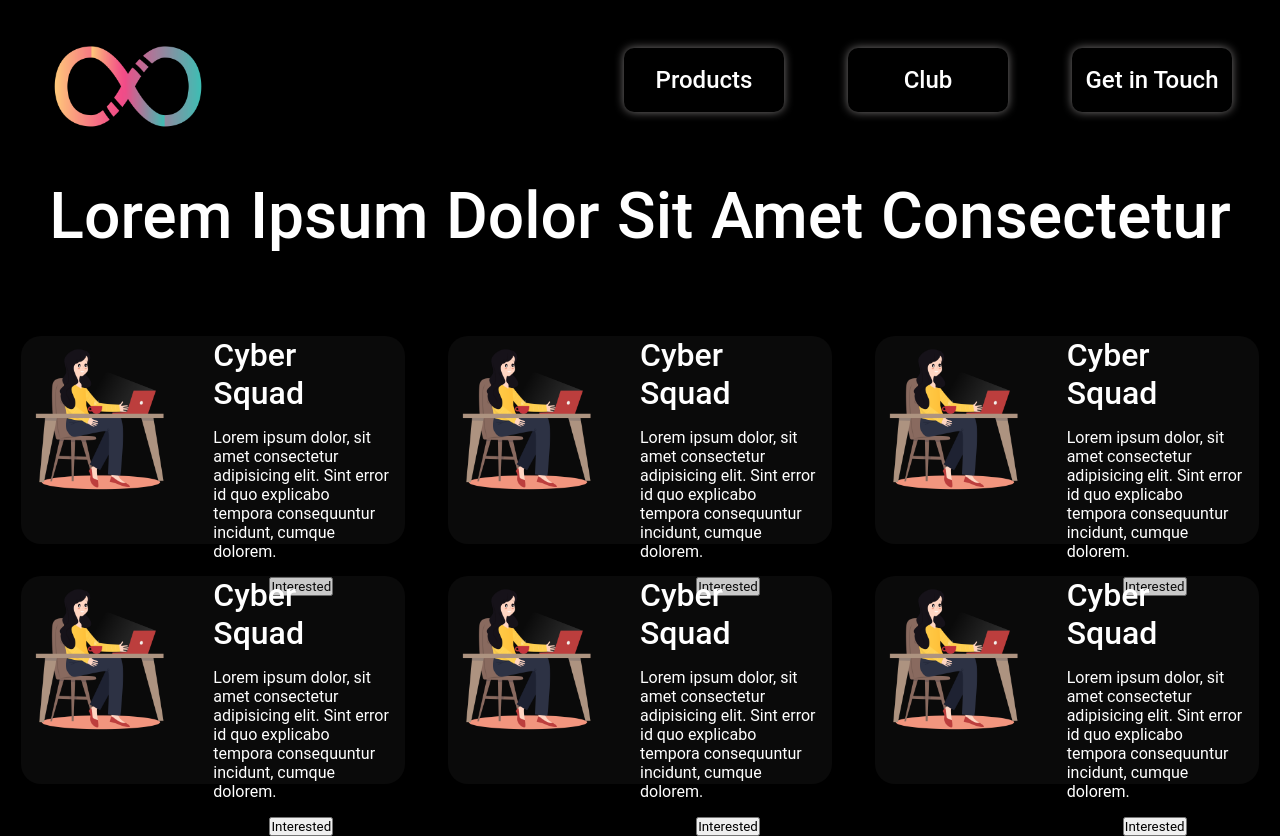
Repository: kapil4457/vizion-internship-project
Page: /
An editor plug-in stored every save of this project. The page is shown before and after a run of saves, followed by the edit.
The browser window is 1280 px wide. The pictures show the whole page.
The project was rebuilt for these pictures with package versions that can differ from the ones it lists, and the page was loaded fresh each time. Also part of the build but not shown: src/index.css.

Above is the page before, as saved 2022-10-29 10:12:48.

### public/index.html
<!DOCTYPE html>
<html lang="en">
  <head>
    <meta charset="utf-8" />
    <link rel="icon" href="%PUBLIC_URL%/favicon.ico" />
    <meta name="viewport" content="width=device-width, initial-scale=1" />
    <meta name="theme-color" content="#000000" />
    <meta
      name="description"
      content="Web site created using create-react-app"
    />
    <link rel="preconnect" href="https://fonts.googleapis.com">
    <link rel="apple-touch-icon" href="%PUBLIC_URL%/logo192.png" />
    <!--
      manifest.json provides metadata used when your web app is installed on a
      user's mobile device or desktop. See https://developers.google.com/web/fundamentals/web-app-manifest/
    -->
    <link rel="manifest" href="%PUBLIC_URL%/manifest.json" />
    <!--
      Notice the use of %PUBLIC_URL% in the tags above.
      It will be replaced with the URL of the `public` folder during the build.
      Only files inside the `public` folder can be referenced from the HTML.

      Unlike "/favicon.ico" or "favicon.ico", "%PUBLIC_URL%/favicon.ico" will
      work correctly both with client-side routing and a non-root public URL.
      Learn how to configure a non-root public URL by running `npm run build`.
    -->
    <title>React App</title>
  </head>
  <body>
    <noscript>You need to enable JavaScript to run this app.</noscript>
    <div id="root"></div>
    <!--
      This HTML file is a template.
      If you open it directly in the browser, you will see an empty page.

      You can add webfonts, meta tags, or analytics to this file.
      The build step will place the bundled scripts into the <body> tag.

      To begin the development, run `npm start` or `yarn start`.
      To create a production bundle, use `npm run build` or `yarn build`.
    -->
  </body>
</html>

### src/index.js
import React from 'react';
import ReactDOM from 'react-dom/client';
import './index.css';
import App from './App';
import reportWebVitals from './reportWebVitals';
import { BrowserRouter } from 'react-router-dom';
const root = ReactDOM.createRoot(document.getElementById('root'));
root.render(
  <BrowserRouter >
  <React.StrictMode>
    <App />
  </React.StrictMode>
  </BrowserRouter>
);

// If you want to start measuring performance in your app, pass a function
// to log results (for example: reportWebVitals(console.log))
// or send to an analytics endpoint. Learn more: https://bit.ly/CRA-vitals
reportWebVitals();

### src/App.js
import { Route, Routes } from 'react-router-dom';
import './App.css';
import Header from './components/Header/Header';
import Home from './components/Home/Home';

function App() {
  return (
   <>
<Header />
   <Routes>
<Route exact path='/' element={<Home />} />


   </Routes>



   </>
  );
}

export default App;

### src/App.css
*{
margin:0;
padding:0;
box-sizing: border-box;
font-family: 'Roboto', sans-serif;}

body{
  background-color: black;
  color : white;

}
a{
  text-decoration: none;;
  color:white;
}

.active{
  color:red;
}

### src/components/Header/Header.jsx
import React from "react";
import { NavLink } from "react-router-dom";
import Logo from "./logo.png";
import "./Header.css";
const Header = () => {
  return (
    <div className="main-header">
      <NavLink to="/" className="left-header">
        <img src={Logo} alt="" />
      </NavLink>
      <div className="right-header">
        <NavLink to="/products">Products</NavLink>
        <NavLink to="/club">Club</NavLink>
        <NavLink to="/contact">Get in Touch</NavLink>
      </div>
    </div>
  );
};

export default Header;

### src/components/Home/Home.jsx
import React from "react";
import { data } from "../../item";
import "./Home.css";
import HomeCard from "./HomeCard";
const Home = () => {
  return (
    <div className="main-home">
      <h2 className="heading">Lorem ipsum dolor sit amet consectetur</h2>

      <div className="home-card-container">
        {data.map((item, key) => (
          <HomeCard item={item} key={key} />
        ))}
      </div>
    </div>
  );
};

export default Home;

### src/components/Header/Header.css
.main-header{
    height:10rem;
    /* border:1px solid white */
    display:flex;
    justify-content: space-between;
    align-items: center;
    padding:0rem 3rem
}

.main-header > .left-header >img{
    height:10rem;

}

.main-header > .right-header
{
    display:flex;
    gap:4rem;
    font-size:1.5rem;
    font-weight:550
}

.main-header > .right-header>a{
    height:4rem;
    width:10rem;
    display:flex;
    justify-content: center;
   align-items: center;
   border-radius:10px;
   box-shadow: 0px 0px 10px rgba(243, 238, 238,0.5);
   transition: all 0.2s;
}
.main-header > .right-header>a:hover{

    box-shadow: 0px 0px 20px rgba(243, 238, 238,0.5);
    transform: scale(1.01);
   }

### src/item.js
export const data = [
    {
        title : "Cyber Squad",
        description : "Lorem ipsum dolor, sit amet consectetur adipisicing elit. Sint error id quo explicabo tempora consequuntur incidunt, cumque dolorem.        "
    },
    {
        title : "Cyber Squad",
        description : "Lorem ipsum dolor, sit amet consectetur adipisicing elit. Sint error id quo explicabo tempora consequuntur incidunt, cumque dolorem.        "
    },
    {
        title : "Cyber Squad",
        description : "Lorem ipsum dolor, sit amet consectetur adipisicing elit. Sint error id quo explicabo tempora consequuntur incidunt, cumque dolorem.        "
    },
    {
        title : "Cyber Squad",
        description : "Lorem ipsum dolor, sit amet consectetur adipisicing elit. Sint error id quo explicabo tempora consequuntur incidunt, cumque dolorem.        "
    },
    {
        title : "Cyber Squad",
        description : "Lorem ipsum dolor, sit amet consectetur adipisicing elit. Sint error id quo explicabo tempora consequuntur incidunt, cumque dolorem.        "
    },
    {
        title : "Cyber Squad",
        description : "Lorem ipsum dolor, sit amet consectetur adipisicing elit. Sint error id quo explicabo tempora consequuntur incidunt, cumque dolorem.        "
    }
]

### src/components/Home/Home.css
.main-home{
    color:white;
    width:100%;
    display: flex;
    flex-direction: column;
    gap:4rem

}

.main-home > h2{
    width:100%;
    height:7rem;
    display: flex;
    justify-content: center;
    align-items:center;
    font-size:4rem;
    word-spacing: 0.1rem;
    font-weight:450;
    text-transform: capitalize;

}


.main-home > .home-card-container{
    display:grid;
    grid-template-columns: 1fr 1fr 1fr;
    row-gap: 2rem;
    place-items: center;


}

### src/components/Home/HomeCard.jsx
import React from "react";
import "./HomeCard.css";
import Image from "./cardImage.png";
const HomeCard = ({ item }) => {
  return (
    <div className="home-card">
      <img src={Image} alt="" />
      <div className="card-info">
        <h2>{item.title}</h2>
        <p>{item.description}</p>
        <button>Interested</button>
      </div>
    </div>
  );
};

export default HomeCard;

### src/components/Home/HomeCard.css
.home-card{
    width:90%;
    height:13rem;
    display:flex;
    gap:1rem;
    /* align-items: center; */
    background-color: rgba(51, 50, 50, 0.2);
    border-radius: 20px;
}
.home-card>img{
    height:10rem;

}
.home-card > .card-info{
    display:flex;
    flex-direction: column;
    gap:1rem;
    padding:0 1rem;
    align-items: center;

}
.home-card > .card-info > h2{
    font-size: 2rem;
    font-weight: 450;
}

Loaded but not shown: src/reportWebVitals.js (common file)

After the next 2 saves:
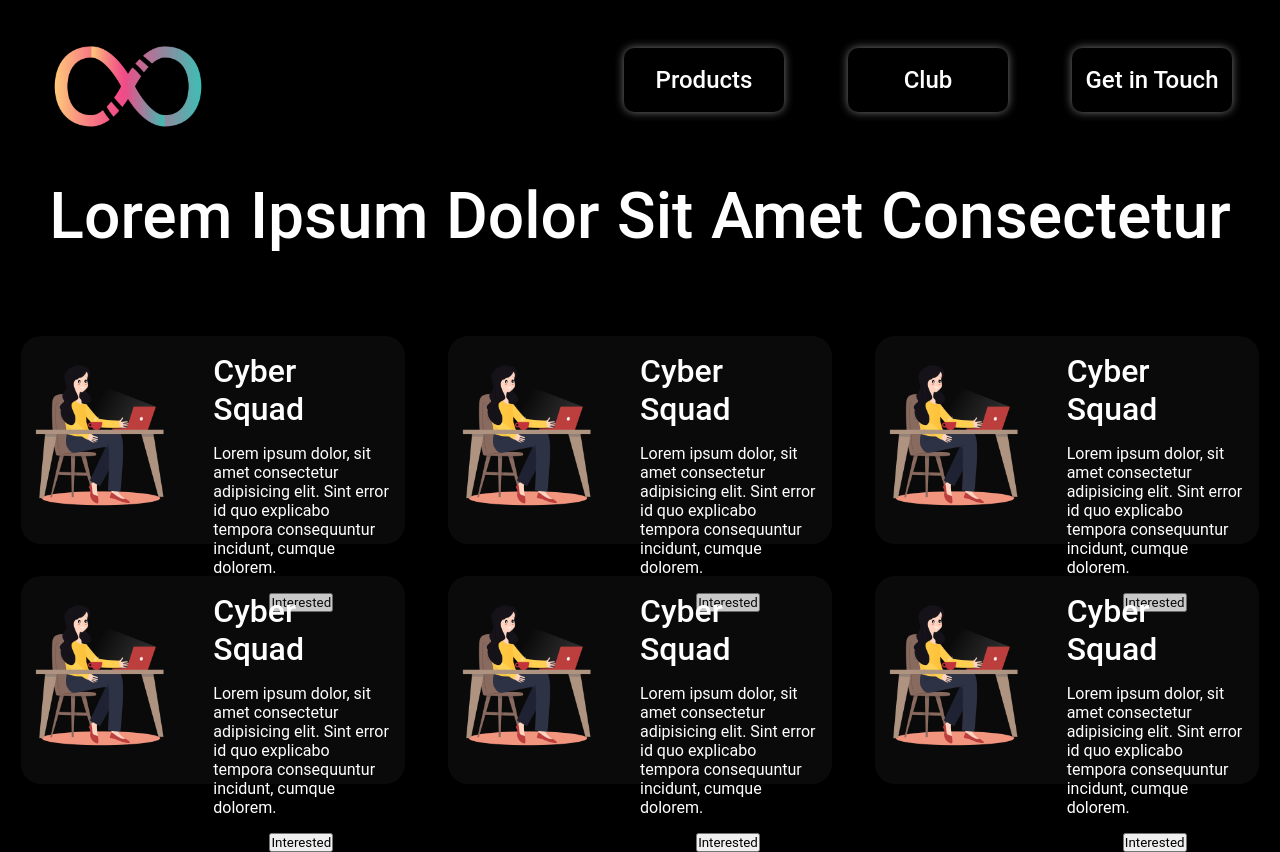
The 2 saves are shown as one change because they came seconds apart.
The last was saved 12 s later.
--- a/src/components/Home/HomeCard.css
+++ b/src/components/Home/HomeCard.css
@@ -4,6 +4,7 @@
     display:flex;
     gap:1rem;
     /* align-items: center; */
+    padding-top:1rem;
     background-color: rgba(51, 50, 50, 0.2);
     border-radius: 20px;
 }
